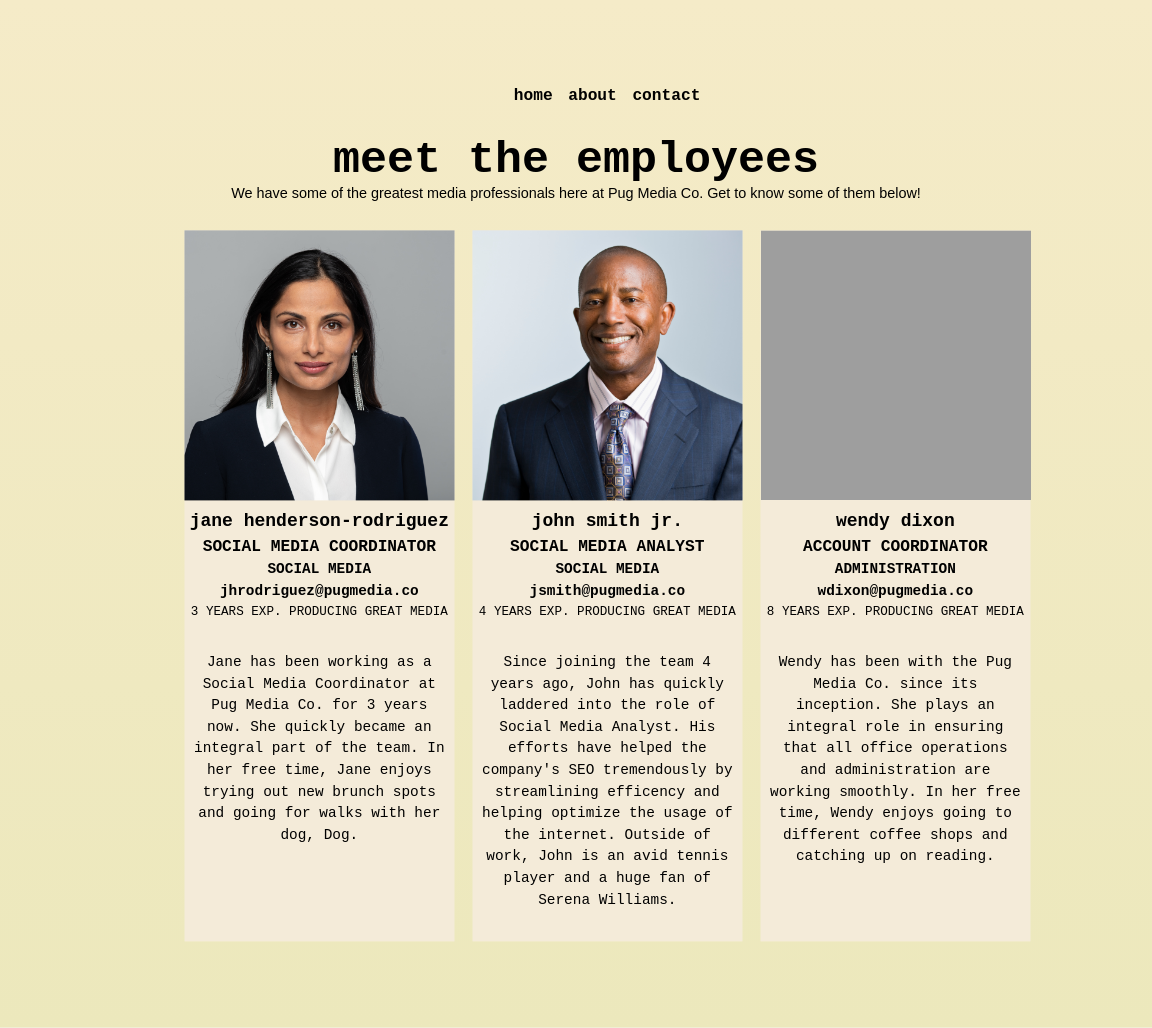
Repository: cheungglenda/MDIA2109-Week3
Page: /about
These files come from the project's save history. The page is drawn as it stood at one moment and after the next save; the edit follows.
The browser window is 1280 px wide. The pictures show the whole page, at 90% of full size.
Pictures or frames that could not be fetched are drawn as grey boxes. The project was rebuilt for these pictures with package versions that can differ from the ones it lists, and the page was loaded fresh each time. The framework's server and built-in components were replaced by stand-ins that run in the browser. Also part of the build but not shown: next.config.js.

Above is the page before, as saved 2023-01-20 23:22:12.

### pages/about.js
import Head from 'next/head'
import { Inter } from '@next/font/google'
import styles from '@/styles/Home.module.css'
import aboutData from '../data/about.json'
import { useState } from 'react'
import EmployeeCard  from '../components/EmployeeCard'
import Link from 'next/link'

export default function About() {

    const [aboutEmployees, setAboutEmployees] = useState([...aboutData])
    console.log(aboutData)
    return (
   <>
      <Head>
        <title>Meet the Employees</title>
        <meta name="description" content="Meet the Employees" />
        <meta name="viewport" content="width=device-width, initial-scale=1" />
        <link rel="icon" href="/favicon.ico" />
      </Head>
      <main className={styles.main}>
        <div className={styles.buttons}>
      <Link href="/" className={styles.links}>Home</Link>
      <Link href="/about" className={styles.links}>About</Link>
      <Link href="/" className={styles.links}>Contact</Link>
      </div>

      <div className={styles.meetTitle}>Meet the Employees</div>
      <div className={styles.titleDesc}>We have some of the greatest media professionals here at Pug Media Co. Get to know some of them below!</div>

        <div className={styles.grid}>
          <div className={styles.employees}>
          {aboutEmployees && aboutEmployees.map((info, index) => {
            if(info.firstName.toLowerCase() === "jane") {
            return (
              <EmployeeCard
              key={index}
              firstname={info.firstName}
              lastname={info.lastName}
              jobtitle={info.jobTitle}
              department={info.department}
              contact={info.contact}
              yearsworked={info.yearsWorked}
              description={info.description}
              color="#F4EBD9" font="16px"/>
            )
          }
          })}

          {aboutEmployees && aboutEmployees.map((info, index) => {
            if(info.firstName.toLowerCase() === "john") {
            return (
              <EmployeeCard
              key={index}
              firstname={info.firstName}
              lastname={info.lastName}
              jobtitle={info.jobTitle}
              department={info.department}
              contact={info.contact}
              yearsworked={info.yearsWorked}
              description={info.description}
              color="#F4EBD9" font="16px"/>
            )
          }
          })}

          {aboutEmployees && aboutEmployees.map((info, index) => {
            if(info.firstName.toLowerCase() === "wendy") {
            return (
              <EmployeeCard
              key={index}
              firstname={info.firstName}
              lastname={info.lastName}
              jobtitle={info.jobTitle}
              department={info.department}
              contact={info.contact}
              yearsworked={info.yearsWorked}
              description={info.description}
              color="#F4EBD9" font="16px"/>
            )
          }
          })}
          </div>
        </div>
      </main>
    </>
  )
}

### styles/Home.module.css
.main {
  display: flex;
  flex-direction: column;
  justify-content: space-between;
  align-items: center;
  padding: 6rem;
  font-family:arial;
  min-height: 100vh;
  background-image: linear-gradient(rgb(245, 235, 200), rgb(236, 232, 188));

}

.buttons {
  display: flex;
  flex-direction:row;
  justify-content: space-evenly;
  margin-bottom:3%;
}

.links:hover {
  text-decoration:underline;
}

.links {
  font-size: 18px;
  max-width: var(--max-width);
  width: 100%;
  font-weight:900;
  font-family: 'Courier New', Courier, monospace;
  text-transform:lowercase;
  padding-left:10%;
}

.description {
  display: inherit;
  justify-content: inherit;
  align-items: inherit;
  font-size: 15px;
  max-width: var(--max-width);
  width: 100%;
  font-family: var(--font-mono);
}

.social {
  justify-content:inherit;
  object-fit:cover;
  margin-right:2%;
}

.homeDesc {
  font-size: 18px;
  font-family:'Courier New', Courier, monospace;
  margin-left:2%;
  margin-bottom:3%;
}

.description a {
  display: flex;
  justify-content: center;
  align-items: center;
  gap: 0.5rem;
}

.description p {
  position: relative;
  margin: 0;
  padding: 1rem;
  background-color: rgba(var(--callout-rgb), 0.5);
  border: 1px solid rgba(var(--callout-border-rgb), 0.3);
  border-radius: var(--border-radius);
}

.code {
  font-weight: 700;
  font-family: var(--font-mono);
}

.meetTitle {
  font-size: 50px;
  font-weight:700;
  text-transform:lowercase;
  font-family:'Courier New', Courier, monospace;
  text-align:center;
}

.grid {
  display: flex;
  justify-content:center;
  width: var(--max-width);
  max-width: 100%;
  align-items:center;
  flex: 1;
}

.card {
  padding: 1rem 1.2rem;
  border-radius: var(--border-radius);
  background: rgba(var(--card-rgb), 0);
  border: 1px solid rgba(var(--card-border-rgb), 0);
  transition: background 200ms, border 200ms;
}

.card span {
  display: inline-block;
  transition: transform 200ms;
}

.info {
  font-family:'Courier New', Courier, monospace;
}

.card h2 {
  font-weight: 600;
  margin-bottom: 0.7rem;
}

.card p {
  margin: 0;
  opacity: 0.6;
  font-size: 0.9rem;
  line-height: 1.5;
  max-width: 30ch;
}


.employees {
  display:flex;
  gap:20px;
  width: 80%;
  text-align:center;
  font-family:'Courier New', Courier, monospace;
}

.titleDesc {
  font-size:16px;
  margin-bottom:3%;
}

.center {
  display: flex;
  justify-content: center;
  align-items: center;
  position: relative;
  padding: 4rem 0;
}

.center::before {
  background: var(--secondary-glow);
  border-radius: 50%;
  width: 480px;
  height: 360px;
  margin-left: -400px;
}

.center::after {
  background: var(--primary-glow);
  width: 240px;
  height: 180px;
  z-index: -1;
}

.center::before,
.center::after {
  content: '';
  left: 50%;
  position: absolute;
  filter: blur(45px);
  transform: translateZ(0);
}

.logo,
.thirteen {
  position: relative;
  object-fit:cover;
}

.thirteen {
  display: flex;
  justify-content: center;
  align-items: center;
  width: 75px;
  height: 75px;
  padding: 25px 10px;
  margin-left: 16px;
  transform: translateZ(0);
  border-radius: var(--border-radius);
  overflow: hidden;
  box-shadow: 0px 2px 8px -1px #0000001a;
}

.thirteen::before,
.thirteen::after {
  content: '';
  position: absolute;
  z-index: -1;
}

/* Conic Gradient Animation */
.thirteen::before {
  animation: 6s rotate linear infinite;
  width: 200%;
  height: 200%;
  background: var(--tile-border);
}

/* Inner Square */
.thirteen::after {
  inset: 0;
  padding: 1px;
  border-radius: var(--border-radius);
  background: linear-gradient(
    to bottom right,
    rgba(var(--tile-start-rgb), 1),
    rgba(var(--tile-end-rgb), 1)
  );
  background-clip: content-box;
}

/* Enable hover only on non-touch devices */
@media (hover: hover) and (pointer: fine) {
  .card:hover {
    background: rgba(var(--card-rgb), 0.1);
    border: 1px solid rgba(var(--card-border-rgb), 0.15);
  }

  .card:hover span {
    transform: translateX(4px);
  }
}

@media (prefers-reduced-motion) {
  .thirteen::before {
    animation: none;
  }

  .card:hover span {
    transform: none;
  }
}

/* Mobile */
@media (max-width: 700px) {
  .content {
    padding: 4rem;
  }

  .grid {
    grid-template-columns: 1fr;
    margin-bottom: 120px;
    max-width: 320px;
    text-align: center;
  }

  .card {
    padding: 1rem 2.5rem;
  }

  .card h2 {
    margin-bottom: 0.5rem;
  }

  .center {
    padding: 8rem 0 6rem;
  }

  .center::before {
    transform: none;
    height: 300px;
  }

  .description {
    font-size: 0.8rem;
  }

  .description a {
    padding: 1rem;
  }

  .description p,
  .description div {
    display: flex;
    justify-content: center;
    position: fixed;
    width: 100%;
  }

  .description p {
    align-items: center;
    inset: 0 0 auto;
    padding: 2rem 1rem 1.4rem;
    border-radius: 0;
    border: none;
    border-bottom: 1px solid rgba(var(--callout-border-rgb), 0.25);
    background: linear-gradient(
      to bottom,
      rgba(var(--background-start-rgb), 1),
      rgba(var(--callout-rgb), 0.5)
    );
    background-clip: padding-box;
    backdrop-filter: blur(24px);
  }

  .description div {
    align-items: flex-end;
    pointer-events: none;
    inset: auto 0 0;
    padding: 2rem;
    height: 200px;
    background: linear-gradient(
      to bottom,
      transparent 0%,
      rgb(var(--background-end-rgb)) 40%
    );
    z-index: 1;
  }
}

/* Tablet and Smaller Desktop */
@media (min-width: 701px) and (max-width: 1120px) {
  .grid {
    grid-template-columns: repeat(2, 50%);
  }
}

@media (prefers-color-scheme: dark) {

  .main {
    background-image: linear-gradient(rgb(51, 65, 14), rgb(169, 169, 110));
  }

  .vercelLogo {
    filter: invert(1);
  }

  .meetTitle {
    color:white;
  }

  .titleDesc {
    color:white;
  }

  .links {
    color: white;
  }

  .employees {
    color: black;
  }
}

@keyframes rotate {
  from {
    transform: rotate(360deg);
  }
  to {
    transform: rotate(0deg);
  }
}

### data/about.json
[
    {
        "firstName": "Jane",
        "lastName": "Henderson-Rodriguez",
        "department": "Social Media",
        "jobTitle": "Social Media Coordinator",
        "contact": "jhrodriguez@pugmedia.co",
        "yearsWorked": 3,
        "description": "Jane has been working as a Social Media Coordinator at Pug Media Co. for 3 years now. She quickly became an integral part of the team. In her free time, Jane enjoys trying out new brunch spots and going for walks with her dog, Dog."

    },
    {
        "firstName": "John",
        "lastName": "Smith jr.",
        "department": "Social Media",
        "jobTitle": "Social Media Analyst",
        "contact": "jsmith@pugmedia.co",
        "yearsWorked": 4,
        "description": "Since joining the team 4 years ago, John has quickly laddered into the role of Social Media Analyst. His efforts have helped the company's SEO tremendously by streamlining efficency and helping optimize the usage of the internet. Outside of work, John is an avid tennis player and a huge fan of Serena Williams."

    },
    {
        "firstName": "Wendy",
        "lastName": "Dixon",
        "department": "Administration",
        "jobTitle": "Account Coordinator",
        "contact": "wdixon@pugmedia.co",
        "yearsWorked": 8,
        "description": "Wendy has been with the Pug Media Co. since its inception. She plays an integral role in ensuring that all office operations and administration are working smoothly. In her free time, Wendy enjoys going to different coffee shops and catching up on reading."

    }
]

### components/EmployeeCard/index.js
export default function EmployeeCard({
    firstname = "none",
    lastname = "none",
    department = "none",
    jobtitle = "none",
    yearsworked = 0,
    description = "none",
    contact = "none",
    color = "pink",
    font = "O",
    image = "icon/personTwo.png"
}) {
    return (
        <div style={{backgroundColor: color, fontSize: 16, lineHeight:1.5}}>
            {
                firstname === "Jane" ? <img style={{objectFit: "cover"}} src={'headshots/photo3.jpeg'} width="300" height="300"/> :
                firstname === "John" ? <img style={{objectFit: "cover"}} src={'headshots/photo1.jpeg'} width="300" height="300"/> :
                firstname === "Wendy" ? <img style={{objectFit: "cover"}} src={'headshots/photo2.jpeg'} width="300" height="300"/> :
                <img src={image} width="300"/>
            }

            <h1 style={{textTransform: "lowercase", fontSize: 20}}>{firstname} {lastname}</h1>
            <h1 style={{textTransform: "lowercase", fontSize: 20}}></h1>
            <h2 style={{fontFamily:"'Courier New', Courier, monospace", textTransform: "uppercase", fontSize: 18}}>{jobtitle}</h2>
            <h3 style={{fontFamily:"'Courier New', Courier, monospace", textTransform: "uppercase", fontSize: 16, fontweight:200}}>{department}</h3>
            <h3 style={{fontFamily:"'Courier New', Courier, monospace", textTransform: "lowercase", fontSize: 16, fontweight:500}}>{contact}</h3>
            <h4 style={{textTransform:"uppercase", fontSize:14, fontWeight:100}}>{yearsworked} years exp. producing great media</h4><br></br>
            <p style={{fontFamily: "'Courier New', Courier, monospace", margin:"10px"}}>{description}</p><br></br>
        </div>
    )
}

Loaded but not shown: pages/_app.js (common file); pages/_document.js (common file); styles/globals.css (common file)

After the next save:
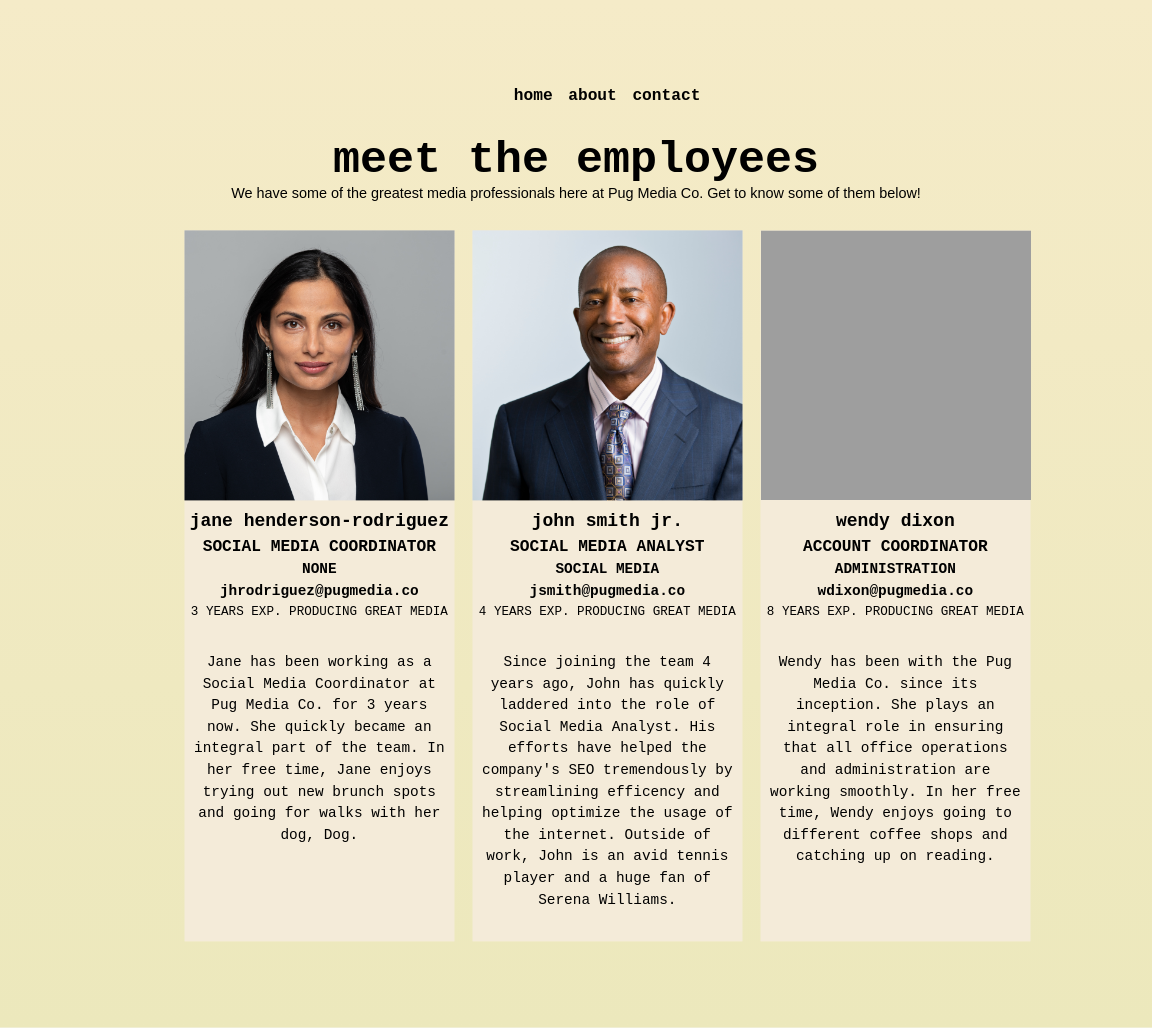
Saved 19 s later.
--- a/pages/about.js
+++ b/pages/about.js
@@ -38,7 +38,6 @@
               firstname={info.firstName}
               lastname={info.lastName}
               jobtitle={info.jobTitle}
-              department={info.department}
               contact={info.contact}
               yearsworked={info.yearsWorked}
               description={info.description}
